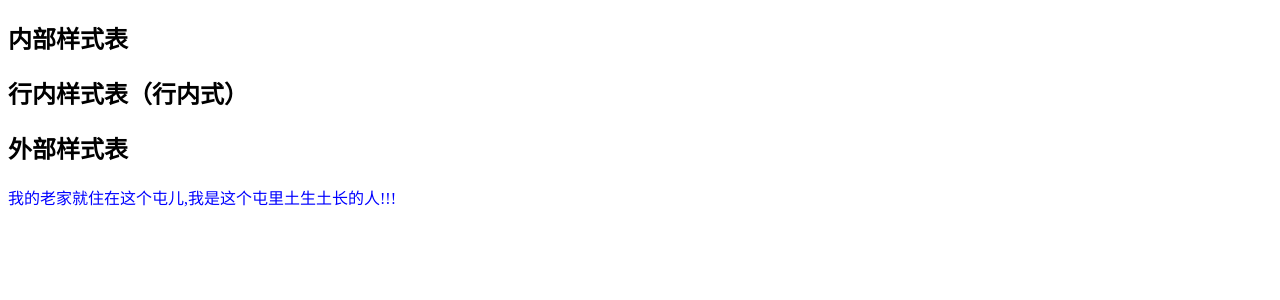
Repository: TheBestBadGuy0228/code
Page: css的三种样式.html
The author's editor kept a copy of each file at every save. The page is drawn from the files as they stood at one save, then again after the next save.
The browser window is 1280 px wide. The pictures show the whole page.

Above is the page before, as saved 2021-10-20 17:39:04.

### css的三种样式.html
<!-- /*
 * @Author: Xiao
 * @Date: 2021-10-20 17:03:00
 * @Last Modified by:   Xiao
 * @Last Modified time: 2021-10-20 17:03:00
 */ -->
<!DOCTYPE html>
<html lang="zh-CN">
<head>
    <meta charset="UTF-8">
    <meta http-equiv="X-UA-Compatible" content="IE=edge">
    <meta name="viewport" content="width=device-width, initial-scale=1.0">
    <title>css的三种样式</title>
    <link rel="stylesheet" href="css/style.css">
</head>
<body>
    <!-- 按照CSS样式书写的位置（或者引入的方式），CSS样式表可以分为三大类：
1.行内样式表（行内式）
2、内部样式表（嵌入式）
3.外部样式表（链接式） -->
<h2>内部样式表</h2>
<!-- 内部样式表（内嵌样式表）是写到htm！页面内部.是将所有的CSS代码抽取出来，单独放到一个<style>标签中。
<style>
div {
color: red;
font-size:12pxj
</style>
<style>标签理论上可以放在HTML文档的任何地方，但一般会放在文档的<head>标签中·通过此种方式，可以方便控制当前整个页面中的元索样式设置
代码结构清晰，但是并没有实现结构与样式完全分离
使用内部样式表设定CSS，通常也被称为嵌入式引入，这种方式是我们练习时常用的方式 -->
<h2>行内样式表（行内式）</h2>
<!--行内样式表
行内样式表（内联样式表）是在元素标签内部的style属性中设定CSS样式。适合于修改简单样式
<div style="color： red； font-size：12px；">青春不常在，抓紧谈恋爱</div>
style其实就是标签的属性
在双引号中间，写法要符合CSS规范
可以控制当前的标签设置样式 -->
<h2>外部样式表</h2>
<!--外部样式表
实际开发都是外部样式表.适合于样式比较多的情况.
核心是：样式单独写到CSS文件中，之后把CSS文件引入到HTML页面中使用.
引入外部样式表分为两步：
1.新建一个后缀名为.css的样式文件，把所有CSS代码都放入此文件中。
2.在HTML页面中，使用<link>标签引入这个文件。
<link rel="stylesheet" href="css文件路径">
属性            作用
rel            定义当前文档与被链接文档之间的关系，在这里需要指定为"stylesheet"，表示被链接的文档是一个样式表文件。
href           定义所链接外部样式表文件的URL，可以是相对路径，也可以是绝对路径。

使用外部样式表设定CSS，通常也被称为外链式或链接式引入，这种方式是开发中常用的方式 -->
<div>我的老家就住在这个屯儿,我是这个屯里土生土长的人!!!</div>
</body>
</html>

### CSS/style.css
div {
    color: blue;
    font-size: 22;
}

After the next save:
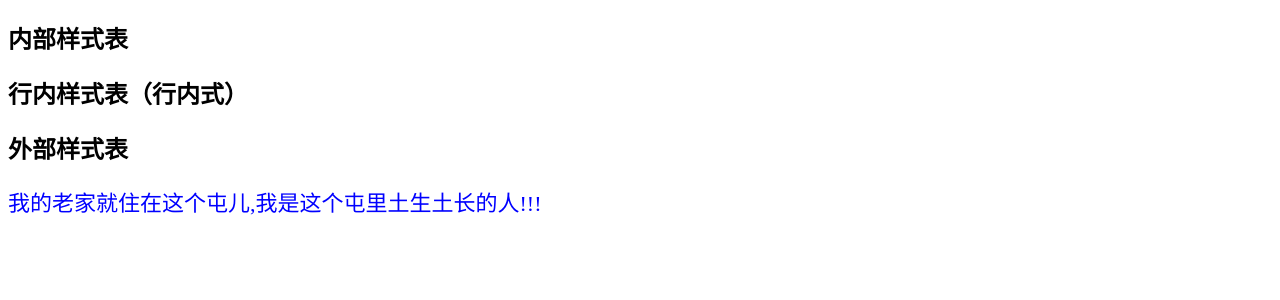
Saved 23 s later.
--- a/CSS/style.css
+++ b/CSS/style.css
@@ -1,4 +1,4 @@
 div {
     color: blue;
-    font-size: 22;
+    font-size: 22px;
 }
